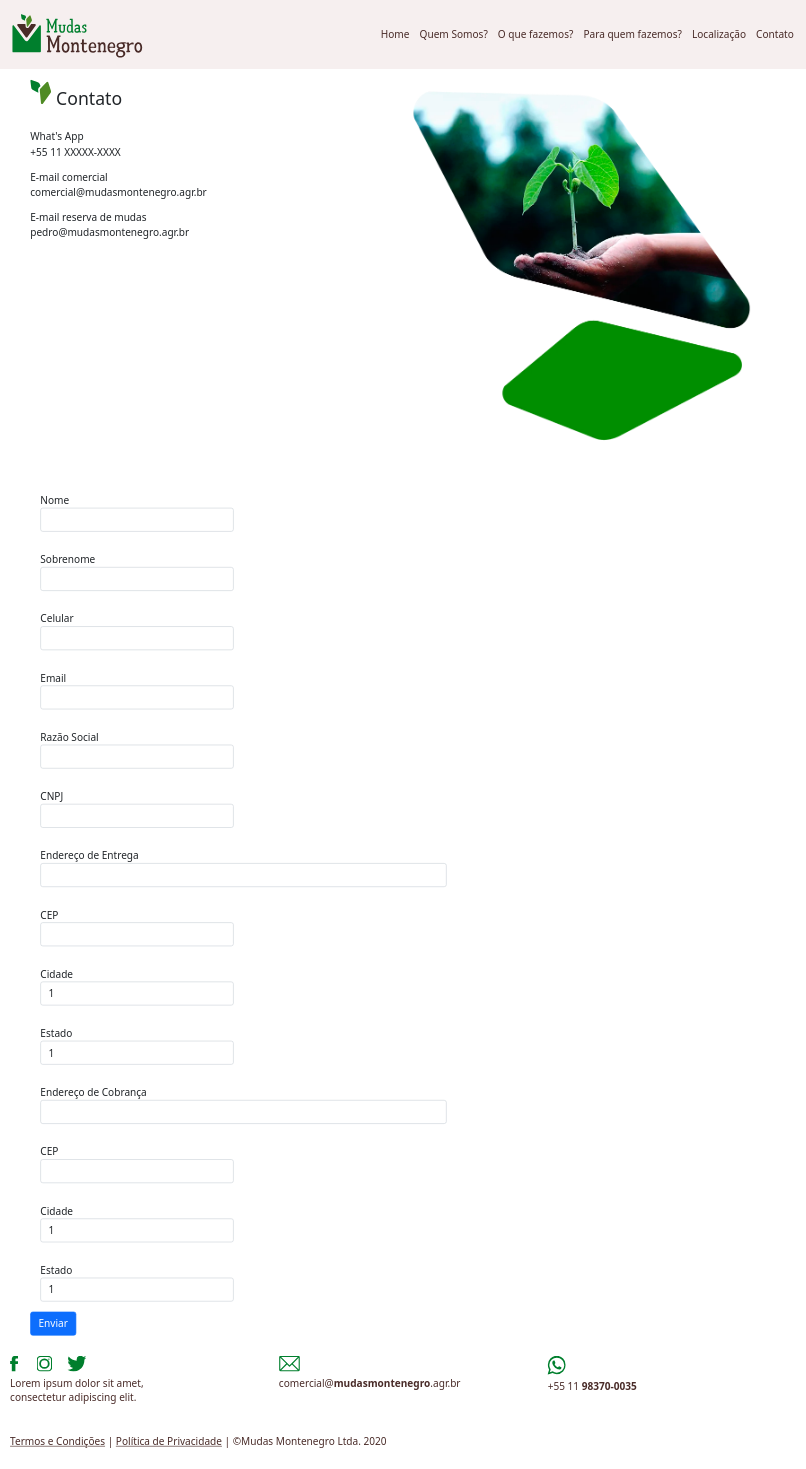
Repository: MaKnok/mudas-montenegro
Page: contato.html
An editor plug-in stored every save of this project. The page is shown before and after the next save, followed by the edit.
The browser window is 1280 px wide. The pictures show the whole page, at 63% of full size.
Some web libraries are served in a nearby version.

Above is the page before, as saved 2021-06-18 17:32:29.

### contato.html
<!DOCTYPE html>
<html lang="pt-br">
<head>

	<meta charset="utf-8">
	<meta name="viewport" content="width=device-width, initial-scale=1">
	<link rel="icon" type="image/png" href="img/icons/favicon.png"/>
	<title>Mudas Montenegro</title>
	<link href="https://cdn.jsdelivr.net/npm/bootstrap@5.0.1/dist/css/bootstrap.min.css" rel="stylesheet" integrity="sha384-+0n0xVW2eSR5OomGNYDnhzAbDsOXxcvSN1TPprVMTNDbiYZCxYbOOl7+AMvyTG2x" crossorigin="anonymous">
	<script src="https://use.fontawesome.com/releases/v5.0.8/js/all.js"></script>
	<link href="style.css" rel="stylesheet">

</head>

<body>

<!-- Navigation -->
<nav class="navbar sticky-top navbar-expand-lg navbar-light">

  <div class="container-fluid">

    <a class="navbar-brand logo" href="index.html"><img src="img/logo_mudas_mont.svg" alt="Mudas Montenegro"></a>

    <button class="navbar-toggler" type="button" data-bs-toggle="collapse" data-bs-target="#navbarSupportedContent" aria-controls="navbarSupportedContent" aria-expanded="false" aria-label="Toggle navigation">
      <span class="navbar-toggler-icon"></span>
    </button>

     <div class="collapse navbar-collapse" id="navbarSupportedContent">
        <ul class="navbar-nav ms-auto mb-2 mb-lg-0">
            <li class="nav-item">
              <a class="nav-link" aria-current="page" href="index.html">Home</a>
            </li>
            <li class="nav-item">
              <a class="nav-link" href="quem-somos.html">Quem Somos?</a>
            </li>
            <li class="nav-item">
              <a class="nav-link" href="o-que-fazemos.html">O que fazemos?</a>
            </li>
            <li class="nav-item">
              <a class="nav-link" href="para-quem-fazemos.html">Para quem fazemos?</a>
            </li>
            <li class="nav-item">
              <a class="nav-link" href="localizacao.html">Localização</a>
            </li>
            <li class="nav-item">
              <a class="nav-link" href="contato.html">Contato</a>
            </li>
        </ul>
    </div>

  </div>

</nav>

<div class="wrapper">

  <div class="container-fluid">

    <div class="row jumbotron section-top">

      <div class="col-xs-12 col-sm-12 col-md-4 col-lg-4 col-xl-5 content-top">

          <h3 class="page-title">Contato</h3>
          <br />
          <p>
            What's App<br/>
            +55 11 XXXXX-XXXX
          </p>

          <p>
            E-mail comercial<br/>
            comercial@mudasmontenegro.agr.br
          </p>

          <p>E-mail reserva de mudas<br/>
             pedro@mudasmontenegro.agr.br
          </p>

      </div>

      <div class="col-xs-12 col-sm-12 col-md-8 col-lg-8 col-xl-7 image-top">
        <img src="img/leaves_desktop_img.webp" class="img-fluid" alt="Muda">
      </div>

    </div>

  </div>

</div>



<div class="wrapper">

  <div class="container-fluid padding">

   <div class="row content">

      <div class="col-xs-12 col-sm-12 col-md-12 col-lg-12 col-xl-7">

      <form>

        <div class="form-group">

          <div class="form-row">

            <div class="col-md-6">
              <label for="exampleInputEmail1">Nome</label>
              <input type="text" class="form-control" id="exampleInputText" aria-describedby="Text">
            </div>

            <div class="col-md-6">
              <label for="exampleInputEmail1">Sobrenome</label>
              <input type="text" class="form-control" id="exampleInputText" aria-describedby="Text">
            </div>

          </div>

          <div class="form-row">

              <div class="col-md-6">
                <label for="exampleInputEmail1">Celular</label>
                <input type="text" class="form-control" id="exampleInputText" aria-describedby="Text">
              </div>

              <div class="col-md-6">
                <label for="exampleInputEmail1">Email</label>
                <input type="email" class="form-control" id="exampleInputEmail1" aria-describedby="emailHelp">
              </div>

          </div>

          <div class="form-row">

            <div class="col-md-6">
              <label for="exampleInputEmail1">Razão Social</label>
              <input type="text" class="form-control" id="exampleInputText" aria-describedby="Text">
            </div>

            <div class="col-md-6">
              <label for="exampleInputEmail1">CNPJ</label>
              <input type="text" class="form-control" id="exampleInputText" aria-describedby="Text">
            </div>

          </div>

        </div>

        <div class="form-row">

          <div class="form-group col-md-12">
            <label for="exampleInputEmail1">Endereço de Entrega</label>
            <input type="text" class="form-control" id="exampleInputText" aria-describedby="Text">
          </div>

        </div>

        <div class="form-row">

          <div class="form-group col-md-6">
            <label for="exampleInputEmail1">CEP</label>
            <input type="text" class="form-control" id="exampleInputText" aria-describedby="Text">
          </div>

          <div class="form-group col-md-6">
            <label for="exampleFormControlSelect1">Cidade</label>
              <select class="form-control" id="exampleFormControlSelect1">
              <option>1</option>
              <option>2</option>
              <option>3</option>
              <option>4</option>
              <option>5</option>
              </select>
          </div>

        </div>

        <div class="form-row">

          <div class="form-group col-md-6">
            <label for="exampleFormControlSelect1">Estado</label>
              <select class="form-control" id="exampleFormControlSelect1">
              <option>1</option>
              <option>2</option>
              <option>3</option>
              <option>4</option>
              <option>5</option>
              </select>
          </div>

        </div>

        <div class="form-row">

          <div class="form-group col-md-12">
            <label for="exampleInputEmail1">Endereço de Cobrança</label>
            <input type="text" class="form-control" id="exampleInputText" aria-describedby="Text">
          </div>

        </div>

        <div class="form-row">

          <div class="form-group col-md-6">
            <label for="exampleInputEmail1">CEP</label>
            <input type="text" class="form-control" id="exampleInputText" aria-describedby="Text">
          </div>

          <div class="form-group col-md-6">
            <label for="exampleFormControlSelect1">Cidade</label>
              <select class="form-control" id="exampleFormControlSelect1">
              <option>1</option>
              <option>2</option>
              <option>3</option>
              <option>4</option>
              <option>5</option>
              </select>
          </div>

        </div>

        <div class="form-row">

          <div class="form-group col-md-6">
            <label for="exampleFormControlSelect1">Estado</label>
              <select class="form-control" id="exampleFormControlSelect1">
              <option>1</option>
              <option>2</option>
              <option>3</option>
              <option>4</option>
              <option>5</option>
              </select>
          </div>

        </div>

        <div class="form-row">
          <button type="submit" class="btn btn-primary">Enviar</button>
        </div>

      </form>

      </div>

   </div>

  </div>

</div>


<!--- Footer -->
<footer>

  <div class="container-fluid padding">

    <div class="row text-left">

      <div class="col-md-4">

        <ul class="social-icons">
            <li class="social-icon social-icon_first"><a href="#"><img src="img/icons/facebook.svg"></a></li>
            <li class="social-icon social-icon_second"><a href="#"><img src="img/icons/instagram.svg"></a></li>
            <li class="social-icon social-icon_third"><a href="#"><img src="img/icons/twitter.svg"></a></li>
        </ul>
        <p>Lorem ipsum dolor sit amet, <br/>consectetur adipiscing elit.</p>

      </div>

      <div class="col-md-4">

        <img src="img/icons/mail.svg" class="contact-icon">
        <p>comercial@<span class="phrase-bold">mudasmontenegro</span>.agr.br</p>

      </div>

      <div class="col-md-4">

        <img src="img/icons/whatsapp.svg" class="contact-icon contact-icon-zap">
        <p>+55 11 <span class="phrase-bold">98370-0035</span></p>

      </div>

    </div>

    <div class="row text-left">
        <div class="col-md-6">
          <p class="terms-conditions"><a href="#">Termos e Condições</a> | <a href="#">Política de Privacidade</a> | ©Mudas Montenegro Ltda. 2020 </p>
        </div>
    </div>

  </div>

</footer>

<script src="https://cdn.jsdelivr.net/npm/bootstrap@5.0.1/dist/js/bootstrap.bundle.min.js" integrity="sha384-gtEjrD/SeCtmISkJkNUaaKMoLD0//ElJ19smozuHV6z3Iehds+3Ulb9Bn9Plx0x4" crossorigin="anonymous"></script>

</body>
</html>

### style.css
@import url("https://fonts.googleapis.com/css2?family=Fira+Sans:ital,wght@0,200;0,300;0,400;0,500;0,600;0,700;1,200;1,300;1,400;1,500;1,600;1,700&display=swap");

/*---Media Queries --*/

html {
  -webkit-box-sizing: border-box;
  -moz-box-sizing: border-box;
  box-sizing: border-box;
}

*,
*:before,
*:after {
  -webkit-box-sizing: border-box;
  -moz-box-sizing: border-box;
  box-sizing: inherit;
}

@media (min-width: 992px) {
  .leaves-home {
    width: 250px;
    margin-bottom: 20px;
  }

  .logo {
    width: 220px;
  }

  .phrase-home {
    font-size: 35px;
    line-height: 45px;
  }

  .carousel-caption {
    width: 550px;
    z-index: 10;
    color: #fff;
    text-align: left;
    top: 40%;
    left: 10%;
    bottom: auto;
    -webkit-transform: translate(0, -50%);
    -ms-transform: translate(0, -50%);
    transform: translate(0, -50%);
  }
}

@media (max-width: 991.98px) {
  .leaves-home {
    width: 190px;
    margin-bottom: 15px;
  }

  .logo {
    width: 200px;
  }

  .phrase-home {
    font-size: 30px;
    line-height: 40px;
  }

  .carousel-caption {
    width: 400px;
    z-index: 10;
    color: #fff;
    text-align: left;
    top: 35%;
    left: 10%;
    bottom: auto;
    -webkit-transform: translate(0, -50%);
    -ms-transform: translate(0, -50%);
    transform: translate(0, -50%);
  }
}

@media (max-width: 767.98px) {
  .carousel-caption {
    width: 400px;
    z-index: 10;
    color: #fff;
    text-align: left;
    top: 35%;
    left: 10%;
    bottom: auto;
    -webkit-transform: translate(0, -50%);
    -ms-transform: translate(0, -50%);
    transform: translate(0, -50%);
  }

  .leaves-home {
    width: 190px;
    margin-bottom: 20px;
  }

  .logo {
    width: 200px;
  }

  .pandemia {
    display: flex;
  }

  .pandemia > .content-2 {
    order: -1;
  }

  .phrase-home {
    font-size: 25px;
    line-height: 35px;
  }

  .section-top {
    display: flex;
  }

  .section-top > .image-top {
    order: -1;
  }
}

@media (max-width: 575.98px) {
  .carousel-caption {
    width: 200px;
    z-index: 10;
    color: #fff;
    text-align: left;
    top: 50%;
    left: 8%;
    bottom: auto;
    -webkit-transform: translate(0, -50%);
    -ms-transform: translate(0, -50%);
    transform: translate(0, -50%);
  }

  .leaves-home {
    width: 130px;
    margin-bottom: 10px;
  }

  .logo {
    width: 180px;
  }

  .phrase-home {
    font-size: 16px;
    line-height: 24px;
  }
}

.navbar {
  background-color: #f6efef;
}

.navbar-light .navbar-nav .nav-link {
  color: #492b28;
}
.navbar-default .navbar-nav > .active > a,
.navbar-light .navbar-nav > .active > a:hover,
.navbar-light .navbar-nav > .active > a:focus {
  color: #492b28;
  font-weight: 500;
}

/*---Firefox Bug Fix --*/
.carousel-item {
  transition: -webkit-transform 0.5s ease;
  transition: transform 0.5s ease;
  transition: transform 0.5s ease, -webkit-transform 0.5s ease;
  -webkit-backface-visibility: visible;
  backface-visibility: visible;
  background-color: #000;
}

/*--- Fixed Background Image --*/
figure {
  position: relative;
  width: 100%;
  height: 60%;
  margin: 0 !important;
}

footer {
  background-color: #fff;
  color: #492b28;
  line-height: 22px;
}

ul,
ol,
li {
  list-style: none;
}

ul {
  padding-inline-start: 0;
  margin-bottom: 0.5rem;
}

.fixed-wrap {
  clip: rect(0, auto, auto, 0);
  position: absolute;
  top: 0;
  left: 0;
  width: 100%;
  height: 100%;
}

#fixed {
  background-image: url("img/mac.png");
  position: fixed;
  display: block;
  top: 0;
  left: 0;
  width: 100%;
  height: 100%;
  background-size: cover;
  background-position: center center;
  -webkit-transform: translateZ(0);
  transform: translateZ(0);
  will-change: transform;
}
/*--- Bootstrap Padding Fix --*/
[class*="col-"] {
  padding: 1rem;
}

.carousel-caption {
  text-align: left;
}

.contact-icon {
  margin-bottom: 0.5rem;
}

.page-title {
  font-weight: ;
}

.page-title::before {
  content: "";
  display: inline-block;
  background-image: url(img/icons/leaves.svg);
  background-size: 33px 40px;
  width: 33px;
  height: 40px;
  margin-right: 8px;
}

.phrase-home {
  font-family: "Fira Sans", sans-serif;
}

.phrase-bold {
  font-weight: 600;
}

.picture-home {
  opacity: 0.7;
}

.section-top {
  background-color: #fff;
}

.social-icons {
  text-align: left;
}

.social-icon:not(:first-child) {
  margin-left: 20px;
}

.social-icon:first-child {
  margin-right: 5px;
}

.social-icon {
  display: inline-block;
}

.social-icon > a > img,
.contact-icon {
  height: 25px;
}

.contact-icon-zap {
  height: 30px;
}

.terms-conditions a {
  color: #492b28;
}

.wrapper {
  padding: 0 2em;
}

/*
Extra small (xs) devices (portrait phones, less than 576px)
No media query since this is the default in Bootstrap

Small (sm) devices (landscape phones, 576px and up)
@media (min-width: 576px) { ... }

Medium (md) devices (tablets, 768px and up)
@media (min-width: 768px) { ... }

Large (lg) devices (desktops, 992px and up)
@media (min-width: 992px) { ... }

Extra (xl) large devices (large desktops, 1200px and up)
@media (min-width: 1200px) { ... }
*/

After the next save:
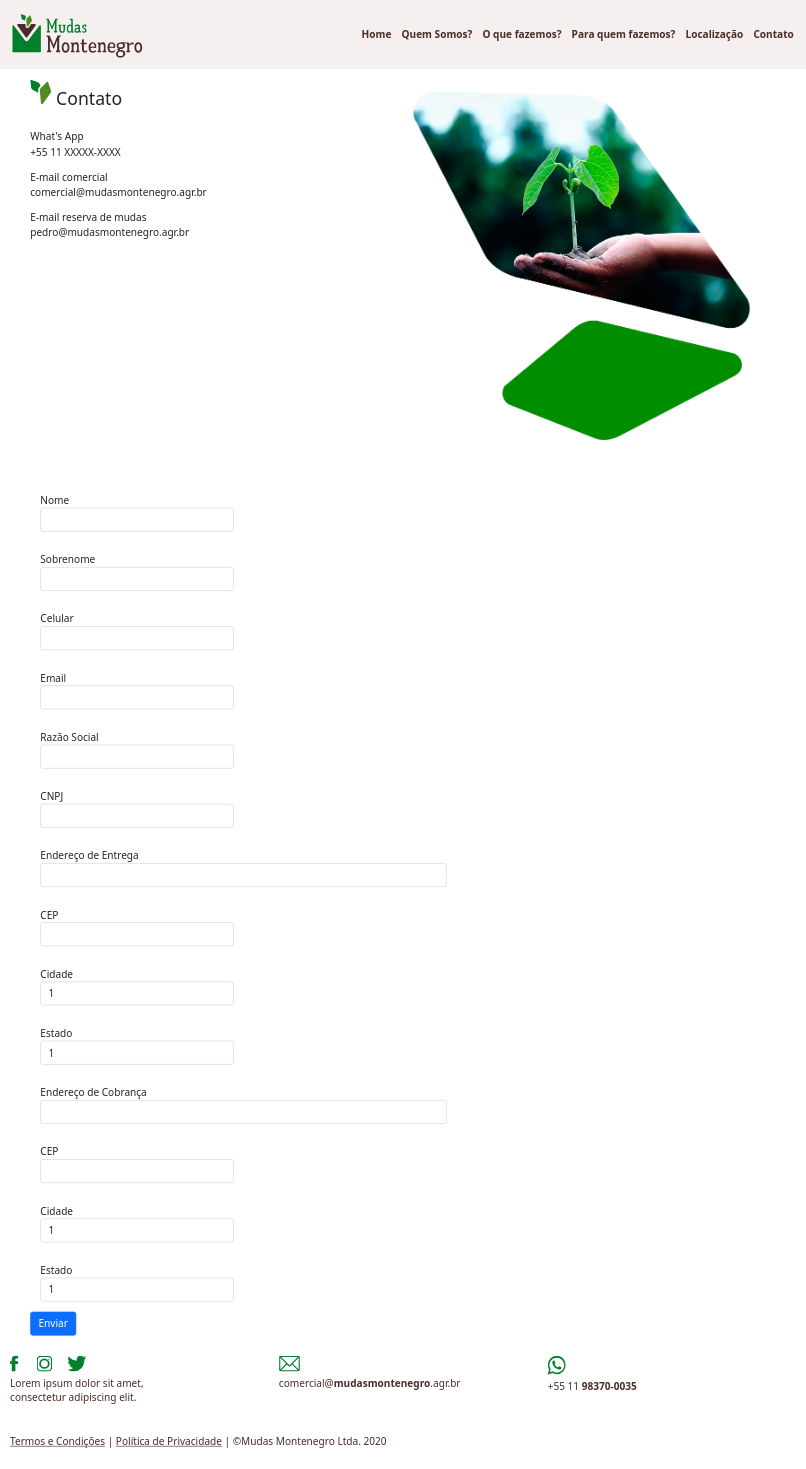
Saved 11 min 3 s later.
--- a/style.css
+++ b/style.css
@@ -155,11 +155,10 @@ html {
 .navbar-light .navbar-nav .nav-link {
   color: #492b28;
 }
-.navbar-default .navbar-nav > .active > a,
-.navbar-light .navbar-nav > .active > a:hover,
-.navbar-light .navbar-nav > .active > a:focus {
+
+.navbar-light .navbar-nav .nav-link {
   color: #492b28;
-  font-weight: 500;
+  font-weight: 600;
 }
 
 /*---Firefox Bug Fix --*/
